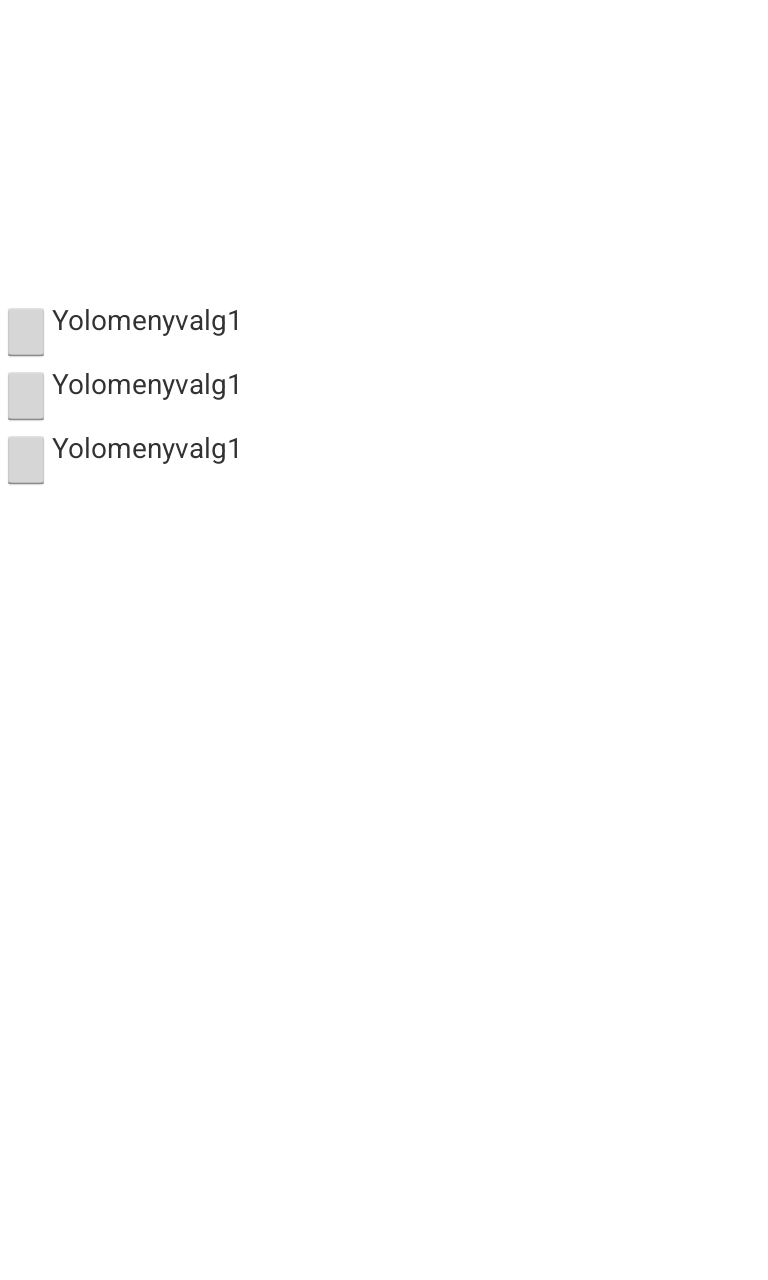
Repository: pumalove/workspace
Layout: MainActivity/res/layout/gridview.xml
An editor plug-in stored every save of this project. The layout is shown before and after the next save, followed by the edit.
It is drawn on a 768 x 1280 px phone screen (xhdpi) without system bars, with theme AppTheme; the app's code is not run. Lists and similar views that code fills are empty.

Above is the layout before, as saved 2014-03-12 13:30:28.

### MainActivity/res/layout/gridview.xml
<?xml version="1.0" encoding="utf-8"?>
<RelativeLayout xmlns:android="http://schemas.android.com/apk/res/android"
    android:layout_width="match_parent"
    android:layout_height="wrap_content">

    <GridView
        android:id="@+id/gridview"
        android:layout_width="fill_parent"
        android:layout_height="150dp"
        android:columnWidth="90dp"
        android:numColumns="auto_fit"
        android:verticalSpacing="10dp"
        android:horizontalSpacing="10dp"
        android:stretchMode="columnWidth"
        android:gravity="center"
        />

    <LinearLayout
        android:id="@+id/linearlayout2"
        android:layout_width="fill_parent"
        android:layout_height="wrap_content"
        android:layout_gravity="center"
        android:orientation="vertical"
        android:layout_below="@id/gridview">

        <LinearLayout
            android:layout_width="fill_parent"
            android:layout_height="wrap_content"
            android:orientation="horizontal">

            <ImageButton
                android:layout_width="wrap_content"
                android:layout_height="wrap_content"
                android:id="@+id/imageButton"
                android:layout_gravity="center"
                />

            <TextView
                android:layout_width="wrap_content"
                android:layout_height="wrap_content"
                android:text="Yolomenyvalg1"/>

            </LinearLayout>


        <LinearLayout
            android:layout_width="fill_parent"
            android:layout_height="wrap_content"
            android:orientation="horizontal">

            <ImageButton
                android:layout_width="wrap_content"
                android:layout_height="wrap_content"
                android:id="@+id/imageButton"
                android:layout_gravity="center"
                />

            <TextView
                android:layout_width="wrap_content"
                android:layout_height="wrap_content"
                android:text="Yolomenyvalg1"/>

        </LinearLayout>

        <LinearLayout
            android:layout_width="fill_parent"
            android:layout_height="wrap_content"
            android:orientation="horizontal">

            <ImageButton
                android:layout_width="wrap_content"
                android:layout_height="wrap_content"
                android:id="@+id/imageButton"
                android:layout_gravity="center"
                />

            <TextView
                android:layout_width="wrap_content"
                android:layout_height="wrap_content"
                android:text="Yolomenyvalg1"/>

        </LinearLayout>
    </LinearLayout>



</RelativeLayout>

Loaded but not shown: MainActivity/res/values/styles.xml (common file); MainActivity/res/values-v11/styles.xml (common file); MainActivity/res/values-v14/styles.xml (common file)

After the next save:
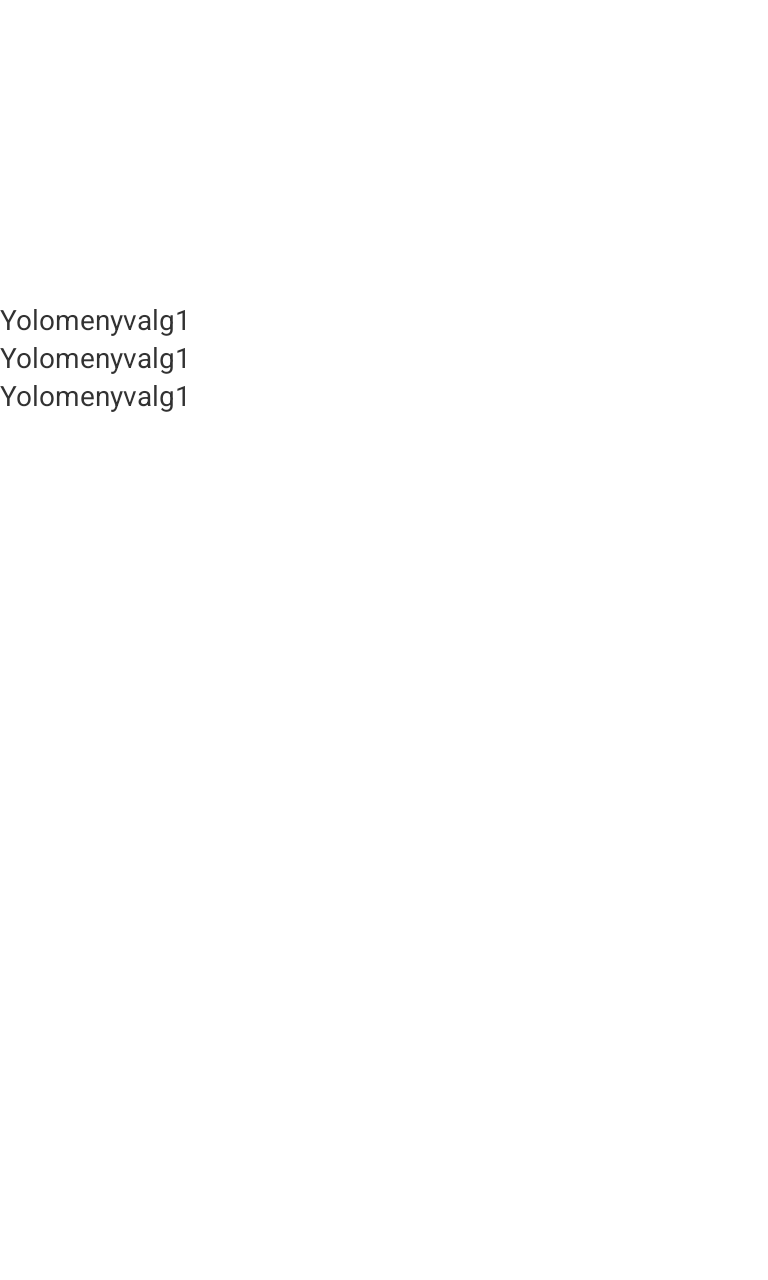
Saved 85 s later.
--- a/MainActivity/res/layout/gridview.xml
+++ b/MainActivity/res/layout/gridview.xml
@@ -28,13 +28,6 @@
             android:layout_height="wrap_content"
             android:orientation="horizontal">
 
-            <ImageButton
-                android:layout_width="wrap_content"
-                android:layout_height="wrap_content"
-                android:id="@+id/imageButton"
-                android:layout_gravity="center"
-                />
-
             <TextView
                 android:layout_width="wrap_content"
                 android:layout_height="wrap_content"
@@ -48,13 +41,6 @@
             android:layout_height="wrap_content"
             android:orientation="horizontal">
 
-            <ImageButton
-                android:layout_width="wrap_content"
-                android:layout_height="wrap_content"
-                android:id="@+id/imageButton"
-                android:layout_gravity="center"
-                />
-
             <TextView
                 android:layout_width="wrap_content"
                 android:layout_height="wrap_content"
@@ -67,13 +53,6 @@
             android:layout_height="wrap_content"
             android:orientation="horizontal">
 
-            <ImageButton
-                android:layout_width="wrap_content"
-                android:layout_height="wrap_content"
-                android:id="@+id/imageButton"
-                android:layout_gravity="center"
-                />
-
             <TextView
                 android:layout_width="wrap_content"
                 android:layout_height="wrap_content"
